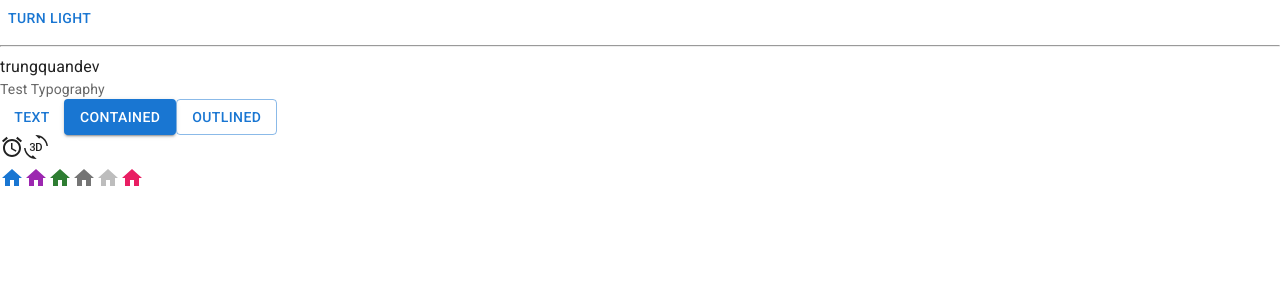
Repository: VoPhamKhanhTruong/trello-web
Page: /
An editor plug-in stored every save of this project. The page is shown before and after the next save, followed by the edit.
The browser window is 1280 px wide. The pictures show the whole page.
The project was rebuilt for these pictures with package versions that can differ from the ones it lists, and the page was loaded fresh each time. Also part of the build but not shown: vite.config.js.

Above is the page before, as saved 2024-08-07 14:45:41.

### src/main.jsx
import React from 'react'
import ReactDOM from 'react-dom/client'
import App from './App.jsx'
import CssBaseline from '@mui/material/CssBaseline'
import { Experimental_CssVarsProvider as CssVarsProvider } from '@mui/material/styles'
import { ThemeProvider } from '@mui/material/styles'
import theme from './theme'

ReactDOM.createRoot(document.getElementById('root')).render(
  <React.StrictMode>
    <CssVarsProvider theme={theme}>
      <CssBaseline />
      <App />
    </CssVarsProvider>
  </React.StrictMode>
)

### src/App.jsx
import Button from '@mui/material/Button'
import AccessAlarmIcon from '@mui/icons-material/AccessAlarm'
import ThreeDRotation from '@mui/icons-material/ThreeDRotation'
import HomeIcon from '@mui/icons-material/Home'
import { pink } from '@mui/material/colors'
import Typography from '@mui/material/Typography'
import {
  useColorScheme
} from '@mui/material/styles'

function ModeToggle() {
  const { mode, setMode } = useColorScheme()
  return (
    <Button
      onClick={() => {
        setMode(mode === 'light' ? 'dark' : 'light')
      }}
    >
      {mode === 'light' ? 'Turn dark' : 'Turn light'}
    </Button>
  )
}

function App() {
  return (
    <>
      <ModeToggle />
      <hr />
      <div>trungquandev</div>

      <Typography variant="body2" color="text.secondary">Test Typography</Typography>

      <Button variant="text">Text</Button>
      <Button variant="contained">Contained</Button>
      <Button variant="outlined">Outlined</Button>

      <br />

      <AccessAlarmIcon />
      <ThreeDRotation />

      <br />
      <HomeIcon color="primary" />
      <HomeIcon color="secondary" />
      <HomeIcon color="success" />
      <HomeIcon color="action" />
      <HomeIcon color="disabled" />
      <HomeIcon sx={{ color: pink[500] }} />
    </>
  )
}

export default App

### src/theme.js
import { createTheme } from '@mui/material/styles'
import { red } from '@mui/material/colors'
import { experimental_extendTheme as extendTheme } from '@mui/material/styles'

// Create a theme instance.
const theme = extendTheme({
  colorSchemes: {
    light: {
      palette: {
        // primary: {
        //   main: '#ff5252'
        // }
      }
    },
    dark: {
      palette: {
        // primary: {
        //   main: '#000'
        // }
      }
    }
  }
})

export default theme

Loaded but not shown: index.html (common file)

After the next save:
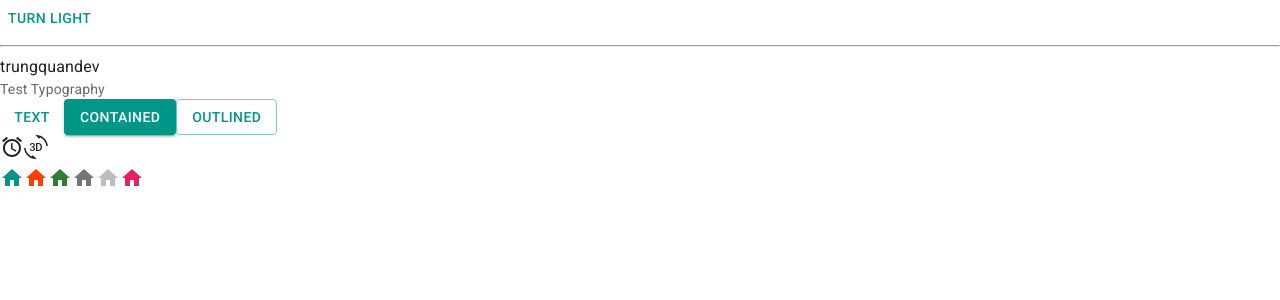
Saved 6 min 28 s later.
--- a/src/theme.js
+++ b/src/theme.js
@@ -1,5 +1,5 @@
 import { createTheme } from '@mui/material/styles'
-import { red } from '@mui/material/colors'
+import { deepOrange, red, teal } from '@mui/material/colors'
 import { experimental_extendTheme as extendTheme } from '@mui/material/styles'
 
 // Create a theme instance.
@@ -7,9 +7,8 @@ const theme = extendTheme({
   colorSchemes: {
     light: {
       palette: {
-        // primary: {
-        //   main: '#ff5252'
-        // }
+        primary: teal,
+        secondary: deepOrange
       }
     },
     dark: {
